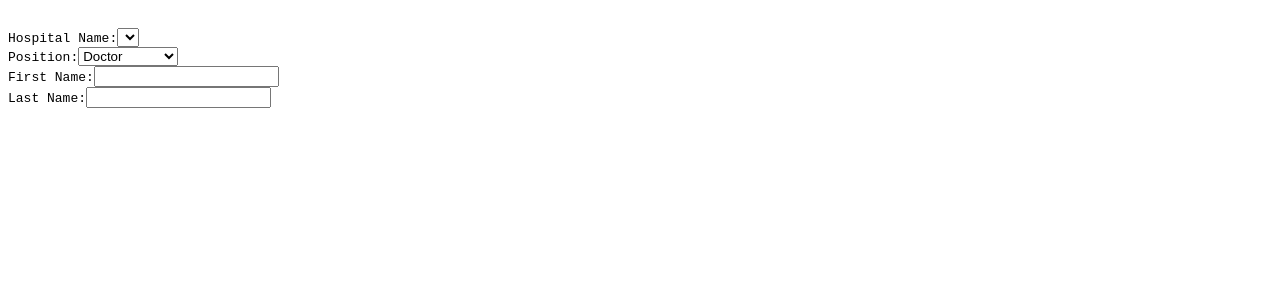
Repository: anujsoni10001/JSP-Servlet
Page: http://localhost/Minor/registerstaff.jsp
An editor plug-in stored every save of this project. The page is shown before and after the next save, followed by the edit.
The browser window is 1280 px wide. The pictures show the whole page.
The page is served by Tomcat 9. Other server files are loaded and not shown. Queries for data that is not in the repository find no rows.

Above is the page before, as saved 2019-03-23 03:44:52.

### FinalProject/minor - Copy/Minor/WebContent/registerstaff.jsp
<%@page import="pp.RegisteredDao"%>
<%@ page language="java" contentType="text/html; charset=ISO-8859-1"
    pageEncoding="ISO-8859-1"%>
<!DOCTYPE html PUBLIC "-//W3C//DTD HTML 4.01 Transitional//EN" "http://www.w3.org/TR/html4/loose.dtd">
<html>
<head>
<meta http-equiv="Content-Type" content="text/html; charset=ISO-8859-1">
<title>Register-Staff</title>
</head>
<body>
<pre>
<form>
Hospital Name:<select>
<%
RegisteredDao rd=new RegisteredDao();
java.util.ArrayList<pp.Hospital> h=rd.ShowHospital();
for(pp.Hospital a:h)
{
%>
<option><%=a.getHospitalName()%></option>
<%
}
%>
</select>
Position:<select>
<option>Doctor</option>
<option>Nurse</option>
<option>Management</option>
<option>Medical</option>
</select>
First Name:<input type="text">
Last Name:<input type="text">
</form>
</pre>
</body>
</html>

### FinalProject/minor - Copy/Minor/src/pp/RegisteredDao.java
package pp;
import java.sql.*;
import pp.PatientAccountBean;

public class RegisteredDao {
Connection con;
public Connection getConnect() throws ClassNotFoundException, SQLException
{
Class.forName("com.mysql.cj.jdbc.Driver");
con=DriverManager.getConnection("jdbc:mysql://localhost:3306/minor","root","root");
return con;
}
public java.util.ArrayList<PatientAccountBean> ShowPro(String email) throws ClassNotFoundException, SQLException
{
java.util.ArrayList<PatientAccountBean> a1=new java.util.ArrayList<pp.PatientAccountBean>();
con=getConnect();
String qr="select * from accounts where Email=?";
PreparedStatement ps=con.prepareStatement(qr);
ps.setString(1,email);
ResultSet rs=ps.executeQuery();
while(rs.next())
{
pp.PatientAccountBean p=new pp.PatientAccountBean();
p.setFirstName(rs.getString("FirstName"));
p.setLastName(rs.getString("LastName"));
p.setTelephone(rs.getString("Telephone"));
p.setAddress(rs.getString("Address"));
p.setAccountId(rs.getInt("AccountId"));
a1.add(p);
}
con.close();
return a1;
}
public int update(PatientAccountBean p) throws ClassNotFoundException, SQLException
{
int i=0;
con=getConnect();
///Remember Query///
//update table tablename -XXXX...//
//Wrong Syntax Putted...in the Mid-Sam-Exam//
String qr="update accounts set LastName=?,FirstName=?,Telephone=?,Address=? where Email=?";
PreparedStatement ps=con.prepareStatement(qr);
ps.setString(1,p.getLastName());
ps.setString(2,p.getFirstName());
ps.setString(3,p.getTelephone());
ps.setString(4,p.getAddress());
ps.setString(5,p.getEmail());
i=ps.executeUpdate();
con.close();
return i;
}
public java.util.ArrayList<Doctor> ShowPro() throws ClassNotFoundException, SQLException
{
java.util.ArrayList<Doctor> a1=new java.util.ArrayList<pp.Doctor>();
con=getConnect();
String qr="select * from doctor";
Statement st=con.createStatement();
ResultSet rs=st.executeQuery(qr);
while(rs.next())
{
pp.Doctor p=new pp.Doctor();
p.setDoctorId(rs.getInt("DoctorId"));
a1.add(p);
}
con.close();
return a1;
}
public java.util.ArrayList<Doctor> ShowPro(int id) throws ClassNotFoundException, SQLException
{
java.util.ArrayList<Doctor> a1=new java.util.ArrayList<pp.Doctor>();
con=getConnect();
String qr="select * from doctor,specialty,hospital where doctor.SpecialtyId=specialty.SpecialtyId and DoctorId=? and doctor.HospitalId=hospital.HospitalId";
PreparedStatement ps=con.prepareStatement(qr);
ps.setInt(1,id);
ResultSet rs=ps.executeQuery();
while(rs.next())
{
pp.Doctor p=new pp.Doctor();
p.setDcotorName(rs.getString("DcotorName"));
p.setDescription(rs.getString("Description"));
p.setHospitalName(rs.getString("HospitalName"));
p.setHospitalId(rs.getString("HospitalId"));
p.setYearOfExperience(rs.getInt("YearOfExperience"));
a1.add(p);
}
con.close();
return a1;
}
public int addPro(pp.Appointment a) throws ClassNotFoundException, SQLException
{
int i=0;
con=getConnect();
 ///Remember Query///
//insert table tablename -XXXX...Wrong//
//Wrong Syntax Putted...in the Mid-Sam-Exam//
String qr="insert into Appointment(DoctorId,HospitalId,Date,BookedbyAccountId,Status) values(?,?,?,?,?)";
PreparedStatement ps=con.prepareStatement(qr);
ps.setString(1,a.getDoctorId());
ps.setString(2,a.getHospitalId());
ps.setString(3,a.getDate());
ps.setInt(4,a.getAppointmentId());
ps.setString(5,a.getStatus());
i=ps.executeUpdate();
con.close();
return i;
}
public java.util.ArrayList<pp.Appointment> ShowAppoint(int bbyid) throws ClassNotFoundException, SQLException
{
java.util.ArrayList<pp.Appointment> a1=new java.util.ArrayList<pp.Appointment>();
con=getConnect();
String qr="select * from Appointment,doctor,Accounts,Hospital where Appointment.DoctorId=doctor.DoctorId and AccountId=BookedByAccountId and doctor.HospitalId=Hospital.HospitalId and BookedbyAccountId=?";
PreparedStatement ps=con.prepareStatement(qr);
ps.setInt(1,bbyid);
ResultSet rs=ps.executeQuery();
while(rs.next())
{
pp.Appointment a=new Appointment();
a.setAppointmentId(rs.getInt("AppointmentId"));
a.setHospitalName(rs.getString("HospitalName"));
a.setDoctorName(rs.getString("DcotorName"));
a.setDate(rs.getString("Date"));
a.setStatus(rs.getString("Status"));
a.setChargesRM(rs.getDouble("ChargesRM"));
a1.add(a);
}
con.close();
return a1;
}
public int updateAppoint(pp.Appointment a) throws ClassNotFoundException, SQLException
{
int i=0;
con=getConnect();
///Remember Query///
//update table tablename -XXXX...//
//Wrong Syntax Putted...in the Mid-Sam-Exam//
String qr="update appointment set DoctorId=?,HospitalId=?,Date=?,BookedbyAccountId=? where AppointmentId=?";
PreparedStatement ps=con.prepareStatement(qr);
ps.setString(1,a.getDoctorId());
ps.setString(2,a.getHospitalId());
ps.setString(3,a.getDate());
ps.setInt(4,a.getBookedbyAccountId());
ps.setInt(5,a.getAppointmentId());
i=ps.executeUpdate();
con.close();
return i;
}
public int delete(Appointment a) throws ClassNotFoundException, SQLException
{
int i=0;
con=getConnect();
///Remember Query///
//delete table tablename -XXXX...Wrong//
//Wrong Syntax Putted...in the Mid-Sam-Exam//
String qr="delete from Appointment where AppointmentId=?";
PreparedStatement ps=con.prepareStatement(qr);
ps.setInt(1,a.getAppointmentId());
i=ps.executeUpdate();
con.close();
return i;
}
public boolean VerifyCard(Creditcard c) throws ClassNotFoundException, SQLException
{
con=getConnect();
String qr="select * from creditcard where CardNo=? and ExpiryDate=? and SecurityCode=? and CardType=?";

PreparedStatement ps=con.prepareStatement(qr);
ps.setString(1,c.getCardNo());
ps.setString(2,c.getExpiryDate());
ps.setString(3,c.getSecurityCode());
ps.setString(4,c.getCardType());
ResultSet rs=ps.executeQuery();
if(rs.next())
{
con.close();
return true;
}
else
{
con.close();
return false;
}
}
public int updateAppointStatus(pp.Appointment a) throws ClassNotFoundException, SQLException
{
int i=0;
con=getConnect();
///Remember Query///
//update table tablename -XXXX...//
//Wrong Syntax Putted...in the Mid-Sam-Exam//
String qr="update appointment set Status=? where AppointmentId=?";
PreparedStatement ps=con.prepareStatement(qr);
ps.setString(1,a.getStatus());
ps.setInt(2,a.getAppointmentId());
i=ps.executeUpdate();
con.close();
return i;
}
public java.util.ArrayList<pp.Appointment> ShowCompletedAppoint(int bbyid) throws ClassNotFoundException, SQLException
{
java.util.ArrayList<pp.Appointment> a1=new java.util.ArrayList<pp.Appointment>();
con=getConnect();
String qr="select * from Appointment,doctor,Accounts,Hospital where Appointment.DoctorId=doctor.DoctorId and AccountId=BookedByAccountId and doctor.HospitalId=Hospital.HospitalId and BookedbyAccountId=? and Status='Completed'";
PreparedStatement ps=con.prepareStatement(qr);
ps.setInt(1,bbyid);
ResultSet rs=ps.executeQuery();
while(rs.next())
{
pp.Appointment a=new Appointment();
a.setAppointmentId(rs.getInt("AppointmentId"));
a.setHospitalName(rs.getString("HospitalName"));
a.setDoctorName(rs.getString("DcotorName"));
a.setDate(rs.getString("Date"));
a.setStatus(rs.getString("Status"));
a.setChargesRM(rs.getDouble("ChargesRM"));
a1.add(a);
}
con.close();
return a1;
}
public int addPro(pp.Rating r) throws ClassNotFoundException, SQLException
{
int i=0;
con=getConnect();
 ///Remember Query///
//insert table tablename -XXXX...Wrong//
//Wrong Syntax Putted...in the Mid-Sam-Exam//
String qr="insert into rating values(?,?)";
PreparedStatement ps=con.prepareStatement(qr);
ps.setString(1,r.getAppointmentId());
ps.setInt(2,r.getConsultationRating());
i=ps.executeUpdate();
con.close();
return i;
}
public java.util.ArrayList<pp.Hospital> ShowHospital() throws ClassNotFoundException, SQLException
{
java.util.ArrayList<Hospital> a1=new java.util.ArrayList<pp.Hospital>();
con=getConnect();
String qr="select * from hospital";
Statement st=con.createStatement();
ResultSet rs=st.executeQuery(qr);
while(rs.next())
{
pp.Hospital h=new pp.Hospital();
h.setHospitalName(rs.getString("HospitalName"));
a1.add(h);
}
con.close();
return a1;
}
public java.util.ArrayList<pp.Hospital> ShowHospitalId(String HospitalName) throws ClassNotFoundException, SQLException
{
java.util.ArrayList<Hospital> a1=new java.util.ArrayList<pp.Hospital>();
con=getConnect();
String qr="select * from hospital where HospitalName=?";
PreparedStatement ps=con.prepareStatement(qr);
ps.setString(1,HospitalName);
ResultSet rs=ps.executeQuery();
while(rs.next())
{
pp.Hospital h=new pp.Hospital();
h.setHospitalId(rs.getString("HospitalId"));
a1.add(h);
}
con.close();
return a1;
}
public int addStaff(pp.Staff s) throws ClassNotFoundException, SQLException
{
int i=0;
con=getConnect();
 ///Remember Query///
//insert table tablename -XXXX...Wrong//
//Wrong Syntax Putted...in the Mid-Sam-Exam//
String qr="insert into staff values(?,?,?,?,?,?,?,?,?,?)";
PreparedStatement ps=con.prepareStatement(qr);
ps.setInt(1,s.getStaffId());
ps.setString(2,s.getEmail());
ps.setString(3,s.getPassword());
ps.setString(4,s.getFirstName());
ps.setString(5,s.getLastName());
ps.setString(6,s.getICNumber());
ps.setString(7,s.getTelephone());
ps.setString(8,s.getAddress());
ps.setString(9,s.getPosition());
ps.setString(10,s.getHospitalId());
i=ps.executeUpdate();
con.close();
return i;
}
public java.util.ArrayList<PatientAccountBean> ShowallPatient() throws ClassNotFoundException, SQLException
{
java.util.ArrayList<PatientAccountBean> a1=new java.util.ArrayList<pp.PatientAccountBean>();
con=getConnect();
String qr="select * from accounts";
Statement st=con.createStatement();
ResultSet rs=st.executeQuery(qr);
while(rs.next())
{
pp.PatientAccountBean p=new pp.PatientAccountBean();
p.setFirstName(rs.getString("FirstName"));
p.setLastName(rs.getString("LastName"));
p.setTelephone(rs.getString("Telephone"));
p.setAddress(rs.getString("Address"));
p.setAccountId(rs.getInt("AccountId"));
p.setEmail(rs.getString("Email"));
a1.add(p);
}
con.close();
return a1;
}
public int updateStaffPatient(PatientAccountBean p) throws ClassNotFoundException, SQLException
{
int i=0;
con=getConnect();
///Remember Query///
//update table tablename -XXXX...//
//Wrong Syntax Putted...in the Mid-Sam-Exam//
String qr="update accounts set LastName=?,FirstName=?,Telephone=?,Address=?,Email=? where AccountId=?";
PreparedStatement ps=con.prepareStatement(qr);
ps.setString(1,p.getLastName());
ps.setString(2,p.getFirstName());
ps.setString(3,p.getTelephone());
ps.setString(4,p.getAddress());
ps.setString(5,p.getEmail());
ps.setInt(6,p.getAccountId());
i=ps.executeUpdate();
con.close();
return i;
}
public int delete(pp.PatientAccountBean p) throws ClassNotFoundException, SQLException
{
int i=0;
con=getConnect();
///Remember Query///
//delete table tablename -XXXX...Wrong//
//Wrong Syntax Putted...in the Mid-Sam-Exam//
String qr="delete from accounts where AccountId=?";
PreparedStatement ps=con.prepareStatement(qr);
ps.setInt(1,p.getAccountId());
i=ps.executeUpdate();
con.close();
return i;
}
}

After the next save:
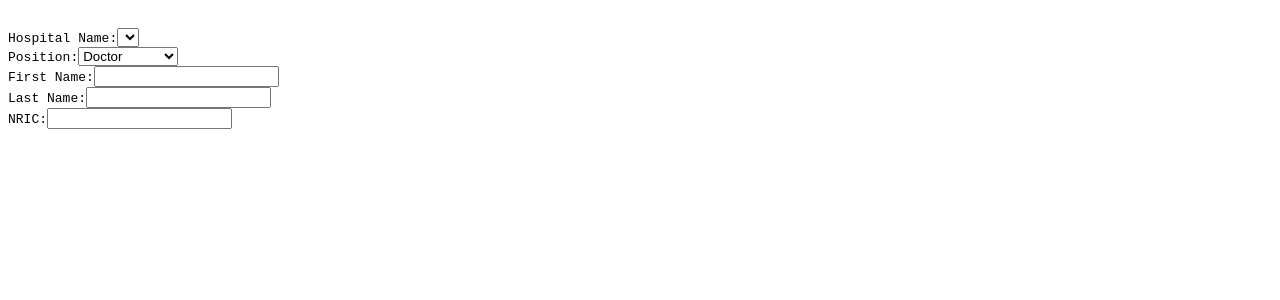
Saved 18 s later.
--- a/FinalProject/minor - Copy/Minor/WebContent/registerstaff.jsp
+++ b/FinalProject/minor - Copy/Minor/WebContent/registerstaff.jsp
@@ -30,6 +30,7 @@ Position:<select>
 </select>
 First Name:<input type="text">
 Last Name:<input type="text">
+NRIC:<input type="text">
 </form>
 </pre>
 </body>
